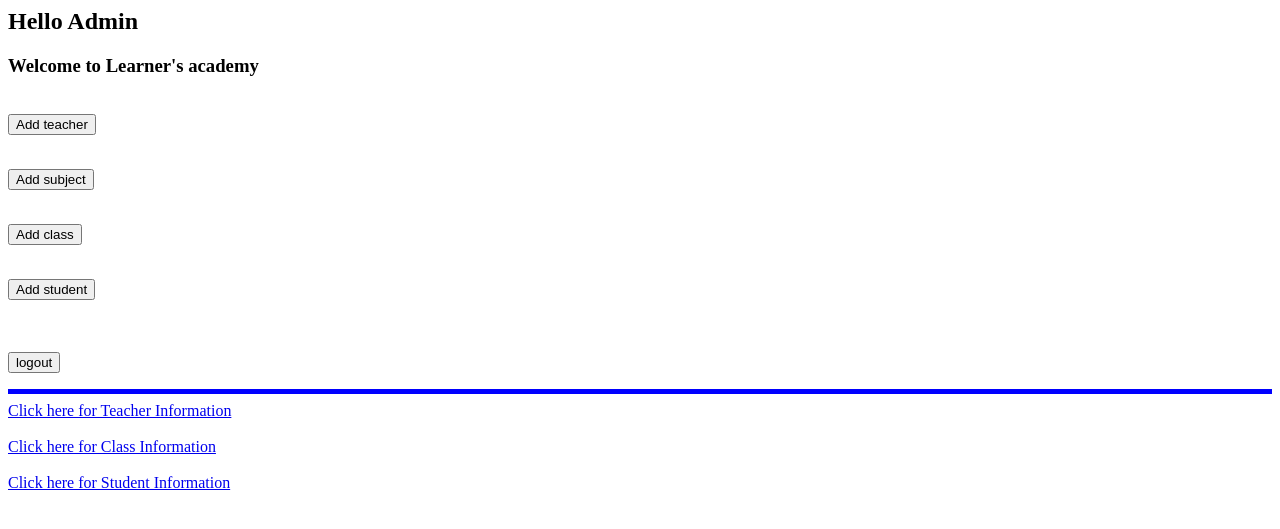
Repository: anithagnana123/Simplilearn_Phase2_project
Page: http://localhost/phase2-project/welcome
These files come from the project's save history. The page is drawn as it stood at one moment and after the next save; the edit follows.
The browser window is 1280 px wide. The pictures show the whole page.
The page is served by Tomcat 9. Other server files are loaded and not shown.

Above is the page before, as saved 2022-10-19 11:44:19.

### phase2-project/src/main/java/com/simplilearn/workshop/WelcomeServlet.java
package com.simplilearn.workshop;

import java.io.IOException;
import java.io.PrintWriter;

import javax.servlet.ServletException;
import javax.servlet.annotation.WebServlet;
import javax.servlet.http.HttpServlet;
import javax.servlet.http.HttpServletRequest;
import javax.servlet.http.HttpServletResponse;

/**
 * Servlet implementation class WelcomeServlet
 */
@WebServlet("/welcome")
public class WelcomeServlet extends HttpServlet {
	private static final long serialVersionUID = 1L;

	/**
	 * @see HttpServlet#doGet(HttpServletRequest request, HttpServletResponse response)
	 */
	protected void doGet(HttpServletRequest request, HttpServletResponse response)
			throws ServletException, IOException {

		processRequest(request,response);

	}

	private void processRequest(HttpServletRequest request, HttpServletResponse response)
			throws ServletException, IOException {

		String username = request.getParameter("name");

		response.setContentType("text/html");

		PrintWriter out = response.getWriter();


		out.println("<h2>Hello Admin</h2>");
	    out.println("<h3> Welcome to Learner's academy </h3>");

	    out.println("<form action='addteacher' method='get'>");
	  	out.println("<br> <input type='submit' value='Add teacher'/>");
	    out.println("</form>");

	    out.println("<form action='addsubject' method='get'>");
	    out.println("<br> <input type='submit' value='Add subject'/>");
	    out.println("</form>");

	    out.println("<form action='addclass' method='get'>");
	    out.println("<br> <input type='submit' value='Add class'/>");
	    out.println("</form>");

	    out.println("<form action='addstudent' method='get'>");
	    out.println("<br> <input type='submit' value='Add student'/>");
	    out.println("</form>");

	    out.println("&nbsp;");
	    out.println("<form action='logout' method='get'>");
	    out.println("<br> <input type='submit' value='logout'/>");
	    out.println("</form>");

	    out.println("<hr color='blue' size ='5'/>");
	    out.println("<a href = \"teacher.html\">Click here for Teacher Information</a>");
	    out.println("<br> <br>");
	    out.println("<a href = \"theclass.html\">Click here for Class Information</a>");
	    out.println("<br> <br>");
	    out.println("<a href = \"student.html\">Click here for Student Information</a>");

	}

	protected void doPost(HttpServletRequest request, HttpServletResponse response)
			throws ServletException, IOException {

		processRequest(request,response);

	}


}

After the next save:
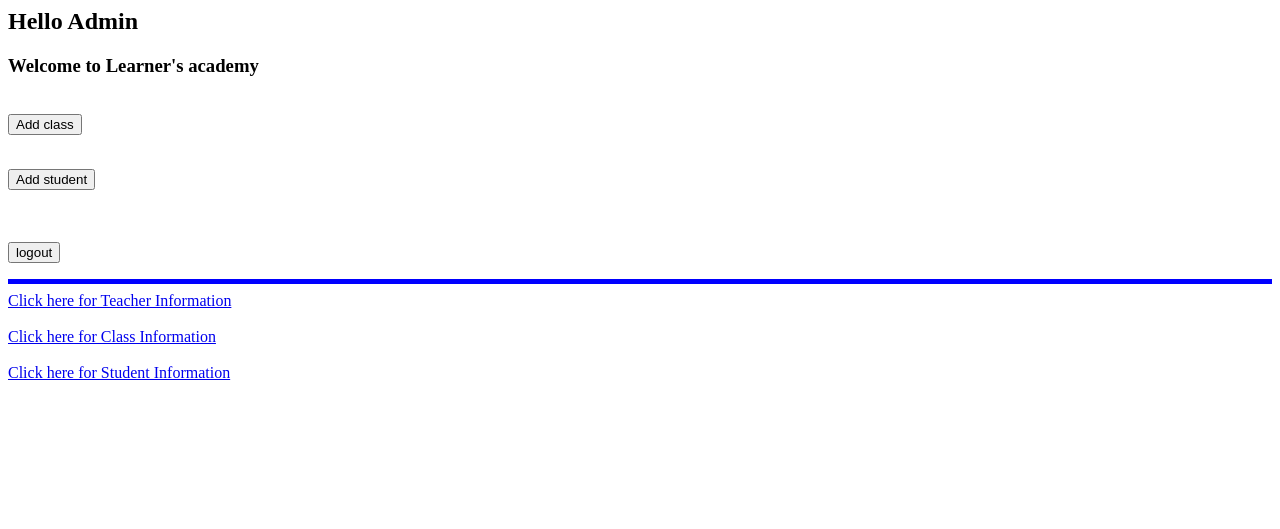
Saved 3 min 15 s later.
--- a/phase2-project/src/main/java/com/simplilearn/workshop/WelcomeServlet.java
+++ b/phase2-project/src/main/java/com/simplilearn/workshop/WelcomeServlet.java
@@ -39,14 +39,6 @@ public class WelcomeServlet extends HttpServlet {
 		out.println("<h2>Hello Admin</h2>");
 	    out.println("<h3> Welcome to Learner's academy </h3>");
 
-	    out.println("<form action='addteacher' method='get'>");
-	  	out.println("<br> <input type='submit' value='Add teacher'/>");
-	    out.println("</form>");
-
-	    out.println("<form action='addsubject' method='get'>");
-	    out.println("<br> <input type='submit' value='Add subject'/>");
-	    out.println("</form>");
-
 	    out.println("<form action='addclass' method='get'>");
 	    out.println("<br> <input type='submit' value='Add class'/>");
 	    out.println("</form>");
